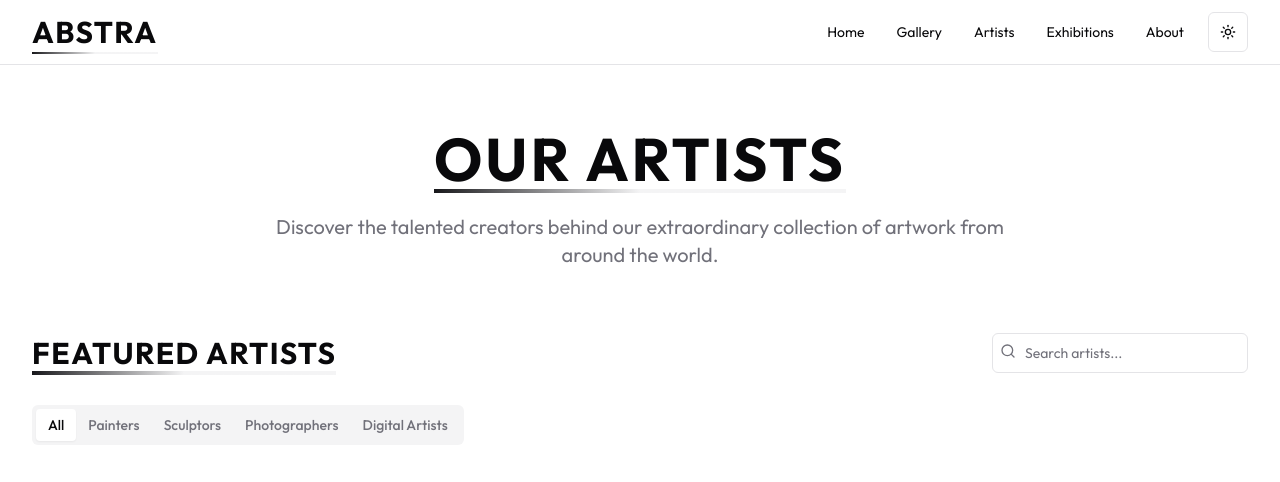
Repository: flow-ctrl369/gallery-cloneX
Page: /artists
The author's editor kept a copy of each file at every save. The page is drawn from the files as they stood at one save, then again after the next save.
The browser window is 1280 px wide. The pictures show the part of the page from y = 0 to 482 px (the page is 1719 px tall before and 1787 px after).
Pictures or frames that could not be fetched are drawn as grey boxes. The project was rebuilt for these pictures with package versions that can differ from the ones it lists, and the page was loaded fresh each time. The framework's server and built-in components were replaced by stand-ins that run in the browser. Also part of the build but not shown: next.config.mjs.

Above is the page before, as saved 2025-06-02 02:31:36.

### app/layout.tsx
import type { Metadata } from "next"
import { Inter, Outfit } from "next/font/google"
import "./globals.css"
import { ThemeProvider } from "@/components/theme-provider"
import Header from "@/components/header"
import Footer from "@/components/footer"
import AnimatePresenceWrapper from "@/components/animate-presence-wrapper"

const inter = Inter({ subsets: ["latin"] })
const outfit = Outfit({ subsets: ["latin"] })

export const metadata: Metadata = {
  title: "Abstra | Contemporary Art Gallery",
  description: "Discover extraordinary works from emerging and established artists at Abstra, your premier destination for contemporary art.",
}

export default function RootLayout({
  children,
}: {
  children: React.ReactNode
}) {
  return (
    <html lang="en" suppressHydrationWarning>
      <body className={outfit.className}>
        <ThemeProvider
          attribute="class"
          defaultTheme="system"
          enableSystem
          disableTransitionOnChange
        >
          <div className="flex min-h-screen flex-col">
            <Header />
            <AnimatePresenceWrapper>
              {children}
            </AnimatePresenceWrapper>
            <Footer />
          </div>
        </ThemeProvider>
      </body>
    </html>
  )
}

### app/artists/page.tsx
'use client'

import { Tabs, TabsContent, TabsList, TabsTrigger } from "@/components/ui/tabs"
import { Search } from "lucide-react"
import { Input } from "@/components/ui/input"
import ArtistGrid from "@/components/artist-grid"
import { useState } from "react"

export default function ArtistsPage() {
  const [searchQuery, setSearchQuery] = useState("")

  return (
    <main className="min-h-screen py-16 px-4 md:px-8">
      {/* Hero Section */}
      <section className="max-w-7xl mx-auto mb-16 text-center">
        <h1 className="text-4xl md:text-6xl font-bold mb-6 uppercase tracking-wider relative inline-block">
          Our Artists
          <div className="absolute -bottom-1 left-0 w-full h-1 bg-gradient-to-r from-primary via-secondary to-accent" />
        </h1>
        <p className="text-xl text-muted-foreground max-w-3xl mx-auto">
          Discover the talented creators behind our extraordinary collection of artwork from around the world.
        </p>
      </section>

      {/* Artists Section */}
      <section className="max-w-7xl mx-auto">
        <div className="flex flex-col md:flex-row justify-between items-start md:items-center gap-4 mb-8">
          <h2 className="text-3xl font-bold uppercase tracking-wider relative inline-block">
            Featured Artists
            <div className="absolute -bottom-1 left-0 w-full h-1 bg-gradient-to-r from-primary via-secondary to-accent" />
          </h2>
          <div className="flex items-center gap-4 w-full md:w-auto">
            <div className="relative w-full md:w-64">
              <Search className="absolute left-2 top-2.5 h-4 w-4 text-muted-foreground" />
              <Input
                placeholder="Search artists..."
                className="pl-8"
                value={searchQuery}
                onChange={(e) => setSearchQuery(e.target.value)}
              />
            </div>
          </div>
        </div>

        <Tabs defaultValue="all" className="w-full">
          <TabsList className="mb-8">
            <TabsTrigger value="all">All</TabsTrigger>
            <TabsTrigger value="painters">Painters</TabsTrigger>
            <TabsTrigger value="sculptors">Sculptors</TabsTrigger>
            <TabsTrigger value="photographers">Photographers</TabsTrigger>
            <TabsTrigger value="digital">Digital Artists</TabsTrigger>
          </TabsList>
          <TabsContent value="all">
            <ArtistGrid searchQuery={searchQuery} />
          </TabsContent>
          <TabsContent value="painters">
            <ArtistGrid specialty="Painter" searchQuery={searchQuery} />
          </TabsContent>
          <TabsContent value="sculptors">
            <ArtistGrid specialty="Sculptor" searchQuery={searchQuery} />
          </TabsContent>
          <TabsContent value="photographers">
            <ArtistGrid specialty="Photographer" searchQuery={searchQuery} />
          </TabsContent>
          <TabsContent value="digital">
            <ArtistGrid specialty="Digital Artist" searchQuery={searchQuery} />
          </TabsContent>
        </Tabs>
      </section>
    </main>
  )
}

### app/globals.css
@tailwind base;
@tailwind components;
@tailwind utilities;

body {
  font-family: Arial, Helvetica, sans-serif;
}

@layer utilities {
  .text-balance {
    text-wrap: balance;
  }
}

@layer base {
  :root {
    --background: 0 0% 100%;
    --foreground: 240 10% 3.9%;
    --card: 0 0% 100%;
    --card-foreground: 240 10% 3.9%;
    --popover: 0 0% 100%;
    --popover-foreground: 240 10% 3.9%;
    --primary: 240 5.9% 10%;
    --primary-foreground: 0 0% 98%;
    --secondary: 240 4.8% 95.9%;
    --secondary-foreground: 240 5.9% 10%;
    --muted: 240 4.8% 95.9%;
    --muted-foreground: 240 3.8% 46.1%;
    --accent: 240 4.8% 95.9%;
    --accent-foreground: 240 5.9% 10%;
    --destructive: 0 84.2% 60.2%;
    --destructive-foreground: 0 0% 98%;
    --border: 240 5.9% 90%;
    --input: 240 5.9% 90%;
    --ring: 240 5.9% 10%;
    --chart-1: 12 76% 61%;
    --chart-2: 173 58% 39%;
    --chart-3: 197 37% 24%;
    --chart-4: 43 74% 66%;
    --chart-5: 27 87% 67%;
    --radius: 0.5rem;
    --sidebar-background: 0 0% 98%;
    --sidebar-foreground: 240 5.3% 26.1%;
    --sidebar-primary: 240 5.9% 10%;
    --sidebar-primary-foreground: 0 0% 98%;
    --sidebar-accent: 240 4.8% 95.9%;
    --sidebar-accent-foreground: 240 5.9% 10%;
    --sidebar-border: 220 13% 91%;
    --sidebar-ring: 217.2 91.2% 59.8%;

    /* Abstra Brand Colors */
    --abstra-primary: 240 100% 50%;
    --abstra-secondary: 280 100% 50%;
    --abstra-accent: 320 100% 50%;
    --abstra-muted: 240 10% 90%;
    --abstra-background: 240 10% 98%;
  }
  .dark {
    --background: 240 10% 3.9%;
    --foreground: 0 0% 98%;
    --card: 240 10% 3.9%;
    --card-foreground: 0 0% 98%;
    --popover: 240 10% 3.9%;
    --popover-foreground: 0 0% 98%;
    --primary: 0 0% 98%;
    --primary-foreground: 240 5.9% 10%;
    --secondary: 240 3.7% 15.9%;
    --secondary-foreground: 0 0% 98%;
    --muted: 240 3.7% 15.9%;
    --muted-foreground: 240 5% 64.9%;
    --accent: 240 3.7% 15.9%;
    --accent-foreground: 0 0% 98%;
    --destructive: 0 62.8% 30.6%;
    --destructive-foreground: 0 0% 98%;
    --border: 240 3.7% 15.9%;
    --input: 240 3.7% 15.9%;
    --ring: 240 4.9% 83.9%;
    --chart-1: 220 70% 50%;
    --chart-2: 160 60% 45%;
    --chart-3: 30 80% 55%;
    --chart-4: 280 65% 60%;
    --chart-5: 340 75% 55%;
    --sidebar-background: 240 5.9% 10%;
    --sidebar-foreground: 240 4.8% 95.9%;
    --sidebar-primary: 224.3 76.3% 48%;
    --sidebar-primary-foreground: 0 0% 100%;
    --sidebar-accent: 240 3.7% 15.9%;
    --sidebar-accent-foreground: 240 4.8% 95.9%;
    --sidebar-border: 240 3.7% 15.9%;
    --sidebar-ring: 217.2 91.2% 59.8%;

    /* Abstra Dark Theme Colors */
    --abstra-primary: 240 100% 70%;
    --abstra-secondary: 280 100% 70%;
    --abstra-accent: 320 100% 70%;
    --abstra-muted: 240 10% 20%;
    --abstra-background: 240 10% 10%;
  }
}

@layer base {
  * {
    @apply border-border;
  }
  body {
    @apply bg-background text-foreground;
  }
}

### components/theme-provider.tsx
'use client'

import * as React from 'react'
import { ThemeProvider as NextThemesProvider, type ThemeProviderProps } from 'next-themes'

export function ThemeProvider({ children, ...props }: ThemeProviderProps) {
  return (
    <NextThemesProvider
      attribute="class"
      defaultTheme="system"
      enableSystem
      disableTransitionOnChange
      themes={["light", "dark"]}
      {...props}
    >
      {children}
    </NextThemesProvider>
  )
}

### components/header.tsx
import { Button } from "@/components/ui/button"
import { ModeToggle } from "@/components/mode-toggle"
import { Menu } from "lucide-react"
import Link from "next/link"
import { Sheet, SheetContent, SheetTrigger } from "@/components/ui/sheet"
import Logo from "@/components/logo"

export default function Header() {
  return (
    <header className="sticky top-0 z-50 w-full border-b bg-background/95 backdrop-blur supports-[backdrop-filter]:bg-background/60">
      <div className="container flex h-16 items-center">
        <Logo className="mr-6" />
        <div className="flex flex-1 items-center justify-end">
          <nav className="hidden md:flex items-center gap-8 text-sm mr-6">
            <Link href="/" className="transition-colors hover:text-foreground/80">
              Home
            </Link>
            <Link href="/gallery" className="transition-colors hover:text-foreground/80">
              Gallery
            </Link>
            <Link href="/artists" className="transition-colors hover:text-foreground/80">
              Artists
            </Link>
            <Link href="/exhibitions" className="transition-colors hover:text-foreground/80">
              Exhibitions
            </Link>
            <Link href="/about" className="transition-colors hover:text-foreground/80">
              About
            </Link>
          </nav>
          <div className="flex items-center gap-2">
            <ModeToggle />
            <Sheet>
              <SheetTrigger asChild>
                <Button variant="ghost" size="icon" className="md:hidden">
                  <Menu className="h-5 w-5" />
                  <span className="sr-only">Toggle menu</span>
                </Button>
              </SheetTrigger>
              <SheetContent side="right">
                <nav className="flex flex-col gap-4">
                  <Link href="/" className="text-lg font-medium">
                    Home
                  </Link>
                  <Link href="/gallery" className="text-lg font-medium">
                    Gallery
                  </Link>
                  <Link href="/artists" className="text-lg font-medium">
                    Artists
                  </Link>
                  <Link href="/exhibitions" className="text-lg font-medium">
                    Exhibitions
                  </Link>
                  <Link href="/about" className="text-lg font-medium">
                    About
                  </Link>
                </nav>
              </SheetContent>
            </Sheet>
          </div>
        </div>
      </div>
    </header>
  )
}

### components/footer.tsx
import Link from "next/link"
import Logo from "@/components/logo"

export default function Footer() {
  return (
    <footer className="border-t">
      <div className="container py-12">
        <div className="grid grid-cols-1 md:grid-cols-4 gap-8">
          <div className="md:col-span-2">
            <Logo variant="minimal" className="mb-4" />
            <p className="text-muted-foreground mb-4 max-w-md">
              Discover extraordinary works from emerging and established artists at Abstra, your premier destination for contemporary art.
            </p>
            <div className="flex gap-4">
              <Link href="#" className="text-muted-foreground hover:text-foreground">
                Instagram
              </Link>
              <Link href="#" className="text-muted-foreground hover:text-foreground">
                Twitter
              </Link>
              <Link href="#" className="text-muted-foreground hover:text-foreground">
                Facebook
              </Link>
            </div>
          </div>
          <div>
            <h3 className="font-semibold mb-4">Quick Links</h3>
            <ul className="space-y-2">
              <li>
                <Link href="/" className="text-muted-foreground hover:text-foreground">
                  Home
                </Link>
              </li>
              <li>
                <Link href="/gallery" className="text-muted-foreground hover:text-foreground">
                  Gallery
                </Link>
              </li>
              <li>
                <Link href="/artists" className="text-muted-foreground hover:text-foreground">
                  Artists
                </Link>
              </li>
              <li>
                <Link href="/exhibitions" className="text-muted-foreground hover:text-foreground">
                  Exhibitions
                </Link>
              </li>
              <li>
                <Link href="/about" className="text-muted-foreground hover:text-foreground">
                  About
                </Link>
              </li>
            </ul>
          </div>
          <div>
            <h3 className="font-semibold mb-4">Contact</h3>
            <address className="not-italic text-muted-foreground">
              <p>123 Gallery Street</p>
              <p>New York, NY 10001</p>
              <p className="mt-2">info@abstra.com</p>
              <p>+1 (555) 123-4567</p>
            </address>
          </div>
        </div>
        <div className="mt-12 pt-6 border-t text-center text-sm text-muted-foreground">
          <p>© {new Date().getFullYear()} Abstra. All rights reserved.</p>
        </div>
      </div>
    </footer>
  )
}

### components/animate-presence-wrapper.tsx
"use client"

import { AnimatePresence } from "framer-motion"

interface AnimatePresenceWrapperProps {
  children: React.ReactNode
}

export default function AnimatePresenceWrapper({ children }: AnimatePresenceWrapperProps) {
  return <AnimatePresence mode="wait">{children}</AnimatePresence>
}

### components/ui/tabs.tsx
"use client"

import * as React from "react"
import * as TabsPrimitive from "@radix-ui/react-tabs"

import { cn } from "@/lib/utils"

const Tabs = TabsPrimitive.Root

const TabsList = React.forwardRef<
  React.ElementRef<typeof TabsPrimitive.List>,
  React.ComponentPropsWithoutRef<typeof TabsPrimitive.List>
>(({ className, ...props }, ref) => (
  <TabsPrimitive.List
    ref={ref}
    className={cn(
      "inline-flex h-10 items-center justify-center rounded-md bg-muted p-1 text-muted-foreground",
      className
    )}
    {...props}
  />
))
TabsList.displayName = TabsPrimitive.List.displayName

const TabsTrigger = React.forwardRef<
  React.ElementRef<typeof TabsPrimitive.Trigger>,
  React.ComponentPropsWithoutRef<typeof TabsPrimitive.Trigger>
>(({ className, ...props }, ref) => (
  <TabsPrimitive.Trigger
    ref={ref}
    className={cn(
      "inline-flex items-center justify-center whitespace-nowrap rounded-sm px-3 py-1.5 text-sm font-medium ring-offset-background transition-all focus-visible:outline-none focus-visible:ring-2 focus-visible:ring-ring focus-visible:ring-offset-2 disabled:pointer-events-none disabled:opacity-50 data-[state=active]:bg-background data-[state=active]:text-foreground data-[state=active]:shadow-sm",
      className
    )}
    {...props}
  />
))
TabsTrigger.displayName = TabsPrimitive.Trigger.displayName

const TabsContent = React.forwardRef<
  React.ElementRef<typeof TabsPrimitive.Content>,
  React.ComponentPropsWithoutRef<typeof TabsPrimitive.Content>
>(({ className, ...props }, ref) => (
  <TabsPrimitive.Content
    ref={ref}
    className={cn(
      "mt-2 ring-offset-background focus-visible:outline-none focus-visible:ring-2 focus-visible:ring-ring focus-visible:ring-offset-2",
      className
    )}
    {...props}
  />
))
TabsContent.displayName = TabsPrimitive.Content.displayName

export { Tabs, TabsList, TabsTrigger, TabsContent }

### components/ui/input.tsx
import * as React from "react"

import { cn } from "@/lib/utils"

const Input = React.forwardRef<HTMLInputElement, React.ComponentProps<"input">>(
  ({ className, type, ...props }, ref) => {
    return (
      <input
        type={type}
        className={cn(
          "flex h-10 w-full rounded-md border border-input bg-background px-3 py-2 text-base ring-offset-background file:border-0 file:bg-transparent file:text-sm file:font-medium file:text-foreground placeholder:text-muted-foreground focus-visible:outline-none focus-visible:ring-2 focus-visible:ring-ring focus-visible:ring-offset-2 disabled:cursor-not-allowed disabled:opacity-50 md:text-sm",
          className
        )}
        ref={ref}
        {...props}
      />
    )
  }
)
Input.displayName = "Input"

export { Input }

### components/artist-grid.tsx
import { Card, CardContent } from "@/components/ui/card"
import Image from "next/image"
import Link from "next/link"
import { artists } from "@/lib/data"

interface ArtistGridProps {
  specialty?: string
  searchQuery?: string
}

export default function ArtistGrid({ specialty, searchQuery = "" }: ArtistGridProps) {
  let filteredArtists = artists

  if (specialty && specialty !== "all") {
    filteredArtists = artists.filter((artist) => artist.specialty === specialty)
  }

  // Apply search filter
  if (searchQuery) {
    const query = searchQuery.toLowerCase()
    filteredArtists = filteredArtists.filter(
      (artist) =>
        artist.name.toLowerCase().includes(query) ||
        artist.specialty.toLowerCase().includes(query) ||
        artist.location.toLowerCase().includes(query) ||
        artist.biography.toLowerCase().includes(query)
    )
  }

  return (
    <div className="grid grid-cols-1 sm:grid-cols-2 md:grid-cols-3 lg:grid-cols-4 gap-6">
      {filteredArtists.map((artist) => (
        <Link href={`/artists/${artist.id}`} key={artist.id}>
          <Card className="overflow-hidden h-full transition-all hover:shadow-md">
            <div className="aspect-square relative">
              <Image
                src={artist.image || "/placeholder.svg"}
                alt={artist.name}
                fill
                className="object-cover transition-transform hover:scale-105"
                sizes="(max-width: 640px) 100vw, (max-width: 768px) 50vw, (max-width: 1024px) 33vw, 25vw"
              />
            </div>
            <CardContent className="p-4">
              <h3 className="font-medium line-clamp-1">{artist.name}</h3>
              <p className="text-sm text-muted-foreground">{artist.specialty}</p>
              <p className="text-xs text-muted-foreground mt-1">{artist.location}</p>
            </CardContent>
          </Card>
        </Link>
      ))}
    </div>
  )
}

### components/ui/button.tsx
import * as React from "react"
import { Slot } from "@radix-ui/react-slot"
import { cva, type VariantProps } from "class-variance-authority"

import { cn } from "@/lib/utils"

const buttonVariants = cva(
  "inline-flex items-center justify-center gap-2 whitespace-nowrap rounded-md text-sm font-medium ring-offset-background transition-colors focus-visible:outline-none focus-visible:ring-2 focus-visible:ring-ring focus-visible:ring-offset-2 disabled:pointer-events-none disabled:opacity-50 [&_svg]:pointer-events-none [&_svg]:size-4 [&_svg]:shrink-0",
  {
    variants: {
      variant: {
        default: "bg-primary text-primary-foreground hover:bg-primary/90",
        destructive:
          "bg-destructive text-destructive-foreground hover:bg-destructive/90",
        outline:
          "border border-input bg-background hover:bg-accent hover:text-accent-foreground",
        secondary:
          "bg-secondary text-secondary-foreground hover:bg-secondary/80",
        ghost: "hover:bg-accent hover:text-accent-foreground",
        link: "text-primary underline-offset-4 hover:underline",
      },
      size: {
        default: "h-10 px-4 py-2",
        sm: "h-9 rounded-md px-3",
        lg: "h-11 rounded-md px-8",
        icon: "h-10 w-10",
      },
    },
    defaultVariants: {
      variant: "default",
      size: "default",
    },
  }
)

export interface ButtonProps
  extends React.ButtonHTMLAttributes<HTMLButtonElement>,
    VariantProps<typeof buttonVariants> {
  asChild?: boolean
}

const Button = React.forwardRef<HTMLButtonElement, ButtonProps>(
  ({ className, variant, size, asChild = false, ...props }, ref) => {
    const Comp = asChild ? Slot : "button"
    return (
      <Comp
        className={cn(buttonVariants({ variant, size, className }))}
        ref={ref}
        {...props}
      />
    )
  }
)
Button.displayName = "Button"

export { Button, buttonVariants }

### components/mode-toggle.tsx
"use client"

import { Moon, Sun } from "lucide-react"
import { useTheme } from "next-themes"
import { Button } from "@/components/ui/button"

export function ModeToggle() {
  const { theme, setTheme } = useTheme()

  return (
    <Button
      variant="outline"
      size="icon"
      onClick={() => setTheme(theme === "dark" ? "light" : "dark")}
    >
      <Sun className="h-[1.2rem] w-[1.2rem] rotate-0 scale-100 transition-all dark:-rotate-90 dark:scale-0" />
      <Moon className="absolute h-[1.2rem] w-[1.2rem] rotate-90 scale-0 transition-all dark:rotate-0 dark:scale-100" />
      <span className="sr-only">Toggle theme</span>
    </Button>
  )
}

### components/logo.tsx
import Link from "next/link"

interface LogoProps {
  className?: string
  variant?: "default" | "minimal"
}

export default function Logo({ className = "", variant = "default" }: LogoProps) {
  return (
    <Link href="/" className={`flex items-center space-x-2 ${className}`}>
      <div className="relative">
        <span className="text-3xl font-bold uppercase tracking-wider">
          {variant === "default" ? (
            "Abstra"
          ) : (
            <span className="text-primary">A</span>
          )}
        </span>
        {variant === "default" && (
          <div className="absolute -bottom-1 left-0 w-full h-0.5 bg-gradient-to-r from-primary via-secondary to-accent" />
        )}
      </div>
    </Link>
  )
}

### components/ui/card.tsx
import * as React from "react"

import { cn } from "@/lib/utils"

const Card = React.forwardRef<
  HTMLDivElement,
  React.HTMLAttributes<HTMLDivElement>
>(({ className, ...props }, ref) => (
  <div
    ref={ref}
    className={cn(
      "rounded-lg border bg-card text-card-foreground shadow-sm",
      className
    )}
    {...props}
  />
))
Card.displayName = "Card"

const CardHeader = React.forwardRef<
  HTMLDivElement,
  React.HTMLAttributes<HTMLDivElement>
>(({ className, ...props }, ref) => (
  <div
    ref={ref}
    className={cn("flex flex-col space-y-1.5 p-6", className)}
    {...props}
  />
))
CardHeader.displayName = "CardHeader"

const CardTitle = React.forwardRef<
  HTMLDivElement,
  React.HTMLAttributes<HTMLDivElement>
>(({ className, ...props }, ref) => (
  <div
    ref={ref}
    className={cn(
      "text-2xl font-semibold leading-none tracking-tight",
      className
    )}
    {...props}
  />
))
CardTitle.displayName = "CardTitle"

const CardDescription = React.forwardRef<
  HTMLDivElement,
  React.HTMLAttributes<HTMLDivElement>
>(({ className, ...props }, ref) => (
  <div
    ref={ref}
    className={cn("text-sm text-muted-foreground", className)}
    {...props}
  />
))
CardDescription.displayName = "CardDescription"

const CardContent = React.forwardRef<
  HTMLDivElement,
  React.HTMLAttributes<HTMLDivElement>
>(({ className, ...props }, ref) => (
  <div ref={ref} className={cn("p-6 pt-0", className)} {...props} />
))
CardContent.displayName = "CardContent"

const CardFooter = React.forwardRef<
  HTMLDivElement,
  React.HTMLAttributes<HTMLDivElement>
>(({ className, ...props }, ref) => (
  <div
    ref={ref}
    className={cn("flex items-center p-6 pt-0", className)}
    {...props}
  />
))
CardFooter.displayName = "CardFooter"

export { Card, CardHeader, CardFooter, CardTitle, CardDescription, CardContent }

Loaded but not shown: lib/utils.ts (common file); tailwind.config.ts (common file); lib/data.ts (664 lines, source omitted); components/ui/sheet.tsx (109 lines, source omitted)

After the next save:
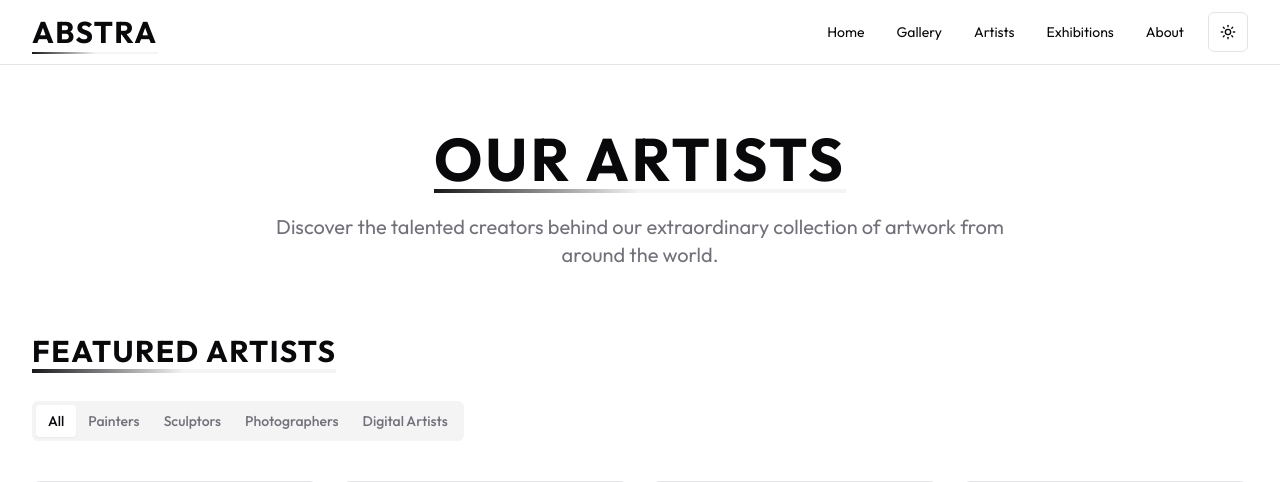
Saved 15 s later.
--- a/app/artists/page.tsx
+++ b/app/artists/page.tsx
@@ -29,17 +29,6 @@ export default function ArtistsPage() {
             Featured Artists
             <div className="absolute -bottom-1 left-0 w-full h-1 bg-gradient-to-r from-primary via-secondary to-accent" />
           </h2>
-          <div className="flex items-center gap-4 w-full md:w-auto">
-            <div className="relative w-full md:w-64">
-              <Search className="absolute left-2 top-2.5 h-4 w-4 text-muted-foreground" />
-              <Input
-                placeholder="Search artists..."
-                className="pl-8"
-                value={searchQuery}
-                onChange={(e) => setSearchQuery(e.target.value)}
-              />
-            </div>
-          </div>
         </div>
 
         <Tabs defaultValue="all" className="w-full">
@@ -66,6 +55,16 @@ export default function ArtistsPage() {
             <ArtistGrid specialty="Digital Artist" searchQuery={searchQuery} />
           </TabsContent>
         </Tabs>
+
+        <div className="relative w-full md:w-64 mx-auto mt-8">
+          <Search className="absolute left-2 top-2.5 h-4 w-4 text-muted-foreground" />
+          <Input
+            placeholder="Search artists..."
+            className="pl-8"
+            value={searchQuery}
+            onChange={(e) => setSearchQuery(e.target.value)}
+          />
+        </div>
       </section>
     </main>
   )
